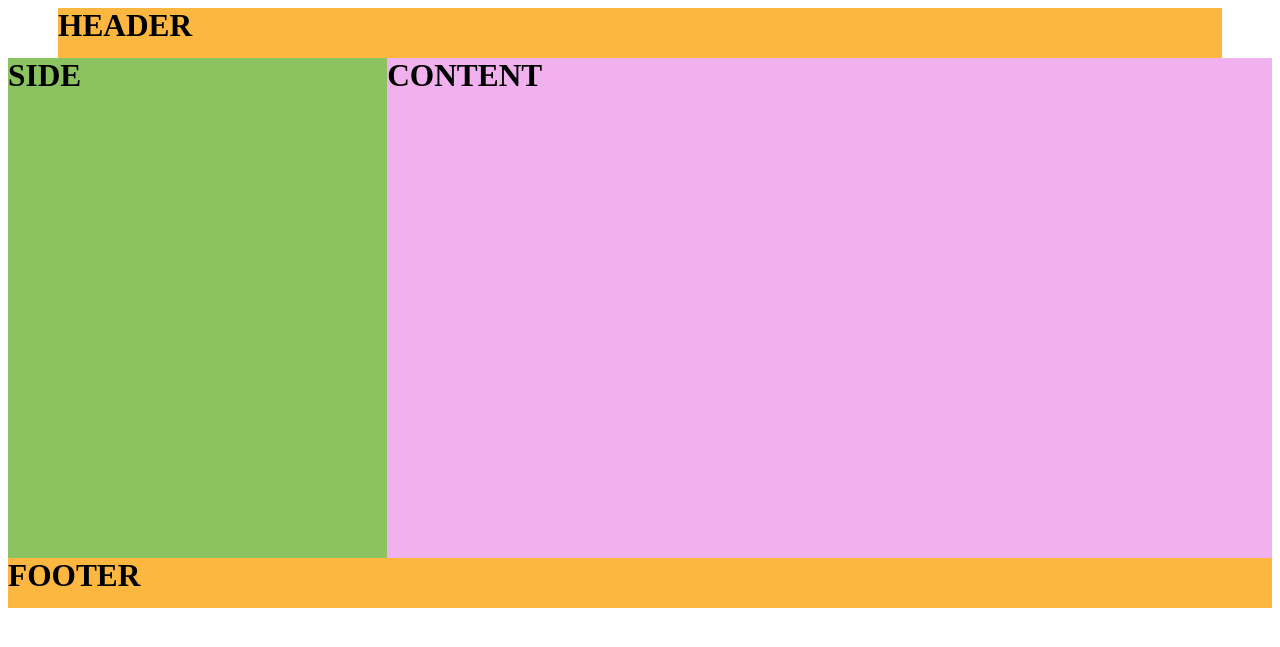
Repository: DuongThanhLong/Basic-responsive-HTML--CSS
Page: Flexbox/index.html
These files come from the project's save history. The page is drawn as it stood at one moment and after the next save; the edit follows.
The browser window is 1280 px wide. The pictures show the whole page.

Above is the page before, as saved 2021-09-21 20:22:32.

### Flexbox/index.html
<!DOCTYPE html>
<html lang="en">

<head>
    <meta charset="UTF-8">
    <meta http-equiv="X-UA-Compatible" content="IE=edge">
    <meta name="viewport" content="width=device-width, initial-scale=1.0">
    <title>Flexbox</title>
    <link rel="stylesheet" href="./style.css">
</head>

<body>
    <header>HEADER</header>
    <div class="center">
        <div class="side">SIDE</div>
        <div class="content">CONTENT</div>
    </div>
    <footer>FOOTER</footer>
</body>

</html>

### Flexbox/style.css
* {
    box-sizing: inherit;
    font-size: 1.4rem;
}

header {
    font-weight: bold;
    background-color: #FCB741;
    height: 50px;
    margin-left: 50px;
    margin-right: 50px;
}

.center {
    display: flex;
    height: 500px;
}

.side {
    font-weight: bold;
    width: 30%;
    background-color: #8BC360;
}

.content {
    font-weight: bold;
    width: 70%;
    background-color: #F1B1EE;
}

footer {
    font-weight: bold;
    background-color: #FCB741;
    height: 50px;
}

After the next save:
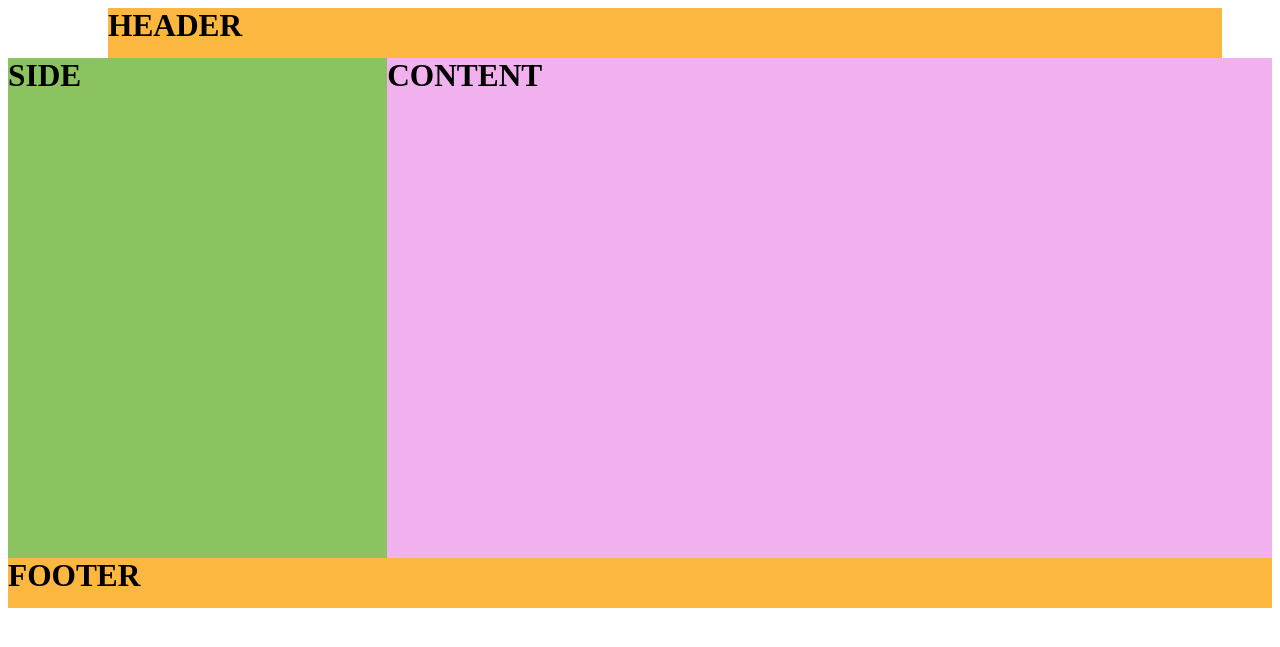
Saved 10 s later.
--- a/Flexbox/style.css
+++ b/Flexbox/style.css
@@ -7,7 +7,7 @@ header {
     font-weight: bold;
     background-color: #FCB741;
     height: 50px;
-    margin-left: 50px;
+    margin-left: 100px;
     margin-right: 50px;
 }
 
